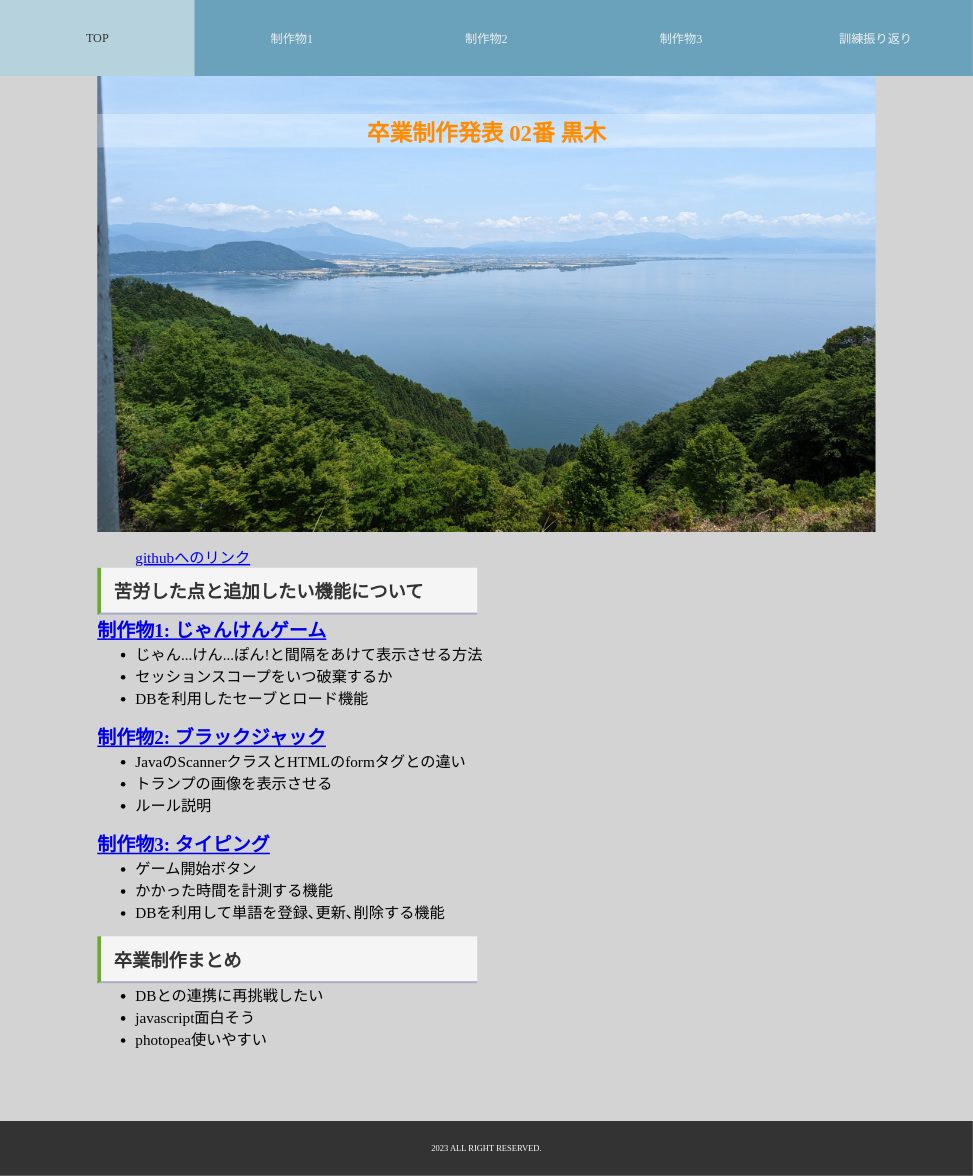
Repository: yuki-kuro/portfolio
Page: BJServletRensyu2/src/main/webapp/卒業制作/index.html
The author's editor kept a copy of each file at every save. The page is drawn from the files as they stood at one save, then again after the next save.
The browser window is 1280 px wide. The pictures show the whole page, at 76% of full size.

Above is the page before, as saved 2023-06-27 03:23:24.

### BJServletRensyu2/src/main/webapp/卒業制作/index.html
<!DOCTYPE html>
<html lang="ja">

<head>
  <meta charset="UTF-8">
  <meta name="viewport" content="width=device-width, initial-scale=1.0">
  <link rel="stylesheet" href="css/sotugyouseisaku.css">
  <link rel="stylesheet" href="css/kyoutuu.css">
  <title>卒業制作 02番 黒木</title>
  <script src="https://code.jquery.com/jquery-3.6.0.min.js"
    integrity="sha256-/xUj+3OJU5yExlq6GSYGSHk7tPXikynS7ogEvDej/m4=" crossorigin="anonymous"></script>
  <script src="js/hamb.js"></script>
</head>

<body>
  <button type="button" class="btn js-btn">
    <span class="btn-line"></span>
  </button>
  <nav>
    <ul class="menu">
      <li class="menu-list" onclick="window.location.href='index.html'">TOP</li>
      <li class="menu-list" onclick="window.location.href='http://localhost:8080/JankenServletGame/JankenServlet'">制作物1</li>
      <li class="menu-list" onclick="window.location.href='http://localhost:8080/BJServletRensyu2/BlackjackServlet'">制作物2</li>
      <li class="menu-list" onclick="window.location.href='http://localhost:8080/TypingGame/TypingGameServlet'">制作物3</li>
      <li class="menu-list" onclick="window.location.href='furikaeri.html'">訓練振り返り</li>
    </ul>
  </nav>
  <div class="wrapper">
	  <br><br>
    <h1 class="toppage"><span class="midashi">卒業制作発表 02番 黒木</span></h1>
    <br>
    <a href="https://github.com/yuki-kuro/portfolio.git" class="github">githubへのリンク</a>
        <h2>苦労した点と追加したい機能について</h2>
    <h3><a href="http://localhost:8080/JankenServletGame/JankenServlet">制作物1: じゃんけんゲーム</a></h3>

    <ul class="setumei" class="setumei">
		<li>じゃん...けん...ぽん!と間隔をあけて表示させる方法</li>
		<li>セッションスコープをいつ破棄するか</li>
		<li>DBを利用したセーブとロード機能</li>
    </ul>
    <br>
    <h3><a href="http://localhost:8080/BJServletRensyu2/BlackjackServlet">制作物2: ブラックジャック</a></h3>
    <ul class="setumei">
		<li>JavaのScannerクラスとHTMLのformタグとの違い</li>
		<li>トランプの画像を表示させる</li>
		<li>ルール説明 </li>
    </ul>
    <br>
    <h3><a href="http://localhost:8080/TypingGame/TypingGameServlet">制作物3: タイピング</a></h3>
    <ul class="setumei">
		<li>ゲーム開始ボタン</li>
		<li>かかった時間を計測する機能</li>
		<li>DBを利用して単語を登録､更新､削除する機能</li>
    </ul>
    <br>
    <h2>卒業制作まとめ</h2>
       <ul class="setumei">
		<li>DBとの連携に再挑戦したい</li>
		<li>javascript面白そう</li>
		<li>photopea使いやすい</li>
    </ul>
  </div>


  <footer>
    <p>2023 ALL RIGHT RESERVED.</p>
  </footer>
</body>

</html>

### BJServletRensyu2/src/main/webapp/卒業制作/css/sotugyouseisaku.css
/* リセットCSS */

h1.toppage{
	width: 100%;
	font-size: 30px;
	text-align: center;
	background-image: url(../images/tuzuraozaki.jpg);
	background-size:cover;
	background-repeat: no-repeat;
	background-position: center;
	color: darkorange;
	padding: 300px 0;
  }
  .midashi{
	background-color:rgba(255, 255, 255, 0.3); ;
	width: 100%;
	display: block;
	margin-top: -250px;
  }
  .github{
margin-left: 50px;
font-size: 20px;
  }
  .setumei {
margin-left: 50px;
font-size: 20px;
  }
h2{
	padding: .5em .7em;
    border-left: 5px solid #6baa2c;
    border-bottom: 3px solid #adaec4;
    background-color: whitesmoke;
    color: #333333;
    width: 500px;
}
h3{
	font-size: 25px;
}
.hitokoto{
	margin-left: 50px;
font-size: 20px;
}
.hikonyann{
	    max-width: 50%;
/*    max-height: 100%;*/

}
.hikonyann-container{
		    display: flex;
    justify-content: center;
    align-items: center;
    height: auto;
}

### BJServletRensyu2/src/main/webapp/卒業制作/css/kyoutuu.css
* {
	box-sizing: border-box;
	margin: 0;
	padding: 0;
}
::before , ::after {
	box-sizing: inherit;
}
body{
	background-color:lightgray;
	margin: 0;
  padding: 0;
  display: flex;
  flex-direction: column;
  min-height: 100vh;
}
.content {
  flex-grow: 1;
}
.wrapper{
	width: 80%;
	margin: 5% auto;

  }
  h1.gametitle {
  position: relative; /* 要素の位置を相対的に指定 */
  display: inline-block; /* 要素をインラインブロックとして表示 */
  padding: 1rem 2rem 1rem 4rem; /* 上右下左の余白を指定 */
  color: #fff; /* テキストの色を白に指定 */
  border-radius: 100vh 0 0 100vh; /* 要素の角の丸みを指定 */
  background: darkorange; /* 背景色を赤に指定 */

}

h1.gametitle:before {
  position: absolute; /* 要素の位置を絶対的に指定 */
  top: calc(50% - 7px); /* 要素の上端を親要素の中央に配置 */
  left: 10px; /* 要素の左端を親要素からの距離10ピクセルに配置 */
  width: 14px; /* 要素の幅を14ピクセルに指定 */
  height: 14px; /* 要素の高さを14ピクセルに指定 */
  content: ''; /* 疑似要素の内容を空に指定 */
  border-radius: 50%; /* 疑似要素の角の丸みを50%に指定 */
  background: lightgray; /* 疑似要素の背景色を薄いグレーに指定 */
}
.hajimekara {
	display: block;
	text-align: center;
	vertical-align: middle;
	text-decoration: none;
	width: 150px;
	margin: auto;
	padding: 0.5rem;
	font-weight: bold;
	font-size: 14px;
	border: 2px solid #27acd9;
	background: #27acd9;
	color: #fff;
	border-radius: 100vh;
	transition: 0.5s;
	cursor: pointer;
}
.hajimekara:hover {
	color: #27acd9;
	background: #fff;
}

  button {
	margin: 0;
	padding: 0;
	outline: 0;
	border: 0;
	border-radius: 0;
	background: transparent;
	color: inherit;
	vertical-align: middle;
	text-align: inherit;
	font: inherit;
	-webkit-appearance: none;
	appearance: none;
}
/**************** 以下、ハンバーガーボタンのスタイリング ****************/
.btn {
	/* ボタンの配置位置  */
	position: fixed;
	top: 32px;
	right: 16px;
	/* 最前面に */
	z-index: 10;
	/* ボタンの大きさ  */
	width: 48px;
	height: 48px;
}
/***** 真ん中のバーガー線 *****/
.btn-line {
	display: block;
	/* バーガー線の位置基準として設定 */
	position: relative;
	/* 線の長さと高さ */
	width: 100%;
	height: 4px;
	/* バーガー線の色 */
	background-color: #333;
	transition: .2s;
}
/***** 上下のバーガー線 *****/
.btn-line::before , .btn-line::after {
	content: "";
	/* 基準線と同じ大きさと色 */
	position: absolute;
	width: 100%;
	height: 100%;
	background-color: #333;
	transition: .5s;
}
.btn-line::before {
	/* 上の線の位置 */
	transform: translateY(-16px);
}
.btn-line::after {
	/* 下の線の位置 */
	transform: translateY(16px);
}
/***** メニューオープン時 *****/
.btn-line.open {
	/* 真ん中の線を透明に */
	background-color: transparent;
}
.btn-line.open::before , .btn-line.open::after {
	content: "";
	background-color: #333;
	transition: .2s;
}
.btn-line.open::before {
	/* 上の線を傾ける */
	transform: rotate(45deg);
}
.btn-line.open::after {
	/* 上の線を傾ける */
	transform: rotate(-45deg);
}
/**************** ここまで、ハンバーガーボタンのスタイリング ****************/
/**************** 以下、メニューのスタイリング ****************/
.menu {
	/* メニューを縦に */
	display: flex;
	flex-direction: column;
	position: fixed;
	/* メニューの位置マイナス指定で画面外に */
	right: -70%;
	width: 70%;
	height: 100vh;
    /* メニューの背景色はここで設定 */
	background-color: rgba(79, 151, 180, 0.8);
	color: #efefef;
	transition: .3s;
	z-index: 999;
}
.menu-list {
	/* メニューテキスト位置をリスト内中心に */
	display: flex;
	align-items: center;
	justify-content: center;
	width: 100%;
	height: 100%;
}
.menu-list:hover {
	background-color: rgba(255, 255, 255, .5);
	color: #333;
	cursor: pointer;
	transition: .3s;
}
/***** メニューオープン時位置0にして画面内に *****/
.menu.open {
	position: absolute;
	right: 0;
}
/* ここがメディアクエリ・600px以上はハンバーガーボタン非表示、ヘッダー固定 */
@media screen and (min-width: 600px) {
	body{
		background-color: lightgray;
	}
	.btn {
		display: none;
	}
	.menu {
		/* メニューを横に */
		display: flex;
		flex-direction: row;
		position: fixed;
		top: 0;
		right: 0;
		width: 100%;
		height: 100px;
	}
}


  footer{
	background-color: #333;
	width: 100%;
	margin-top: 30px;
	padding: 30px 0;
	text-align: center;
  }

  footer p{
	font-size: 0.7em;
	color: #fff;
  }

### BJServletRensyu2/src/main/webapp/卒業制作/js/hamb.js
$(function () {
    $('.js-btn').on('click', function () {        // js-btnクラスをクリックすると、
      $('.menu , .btn-line').toggleClass('open'); // メニューとバーガーの線にopenクラスをつけ外しする
    })
  });

After the next save:
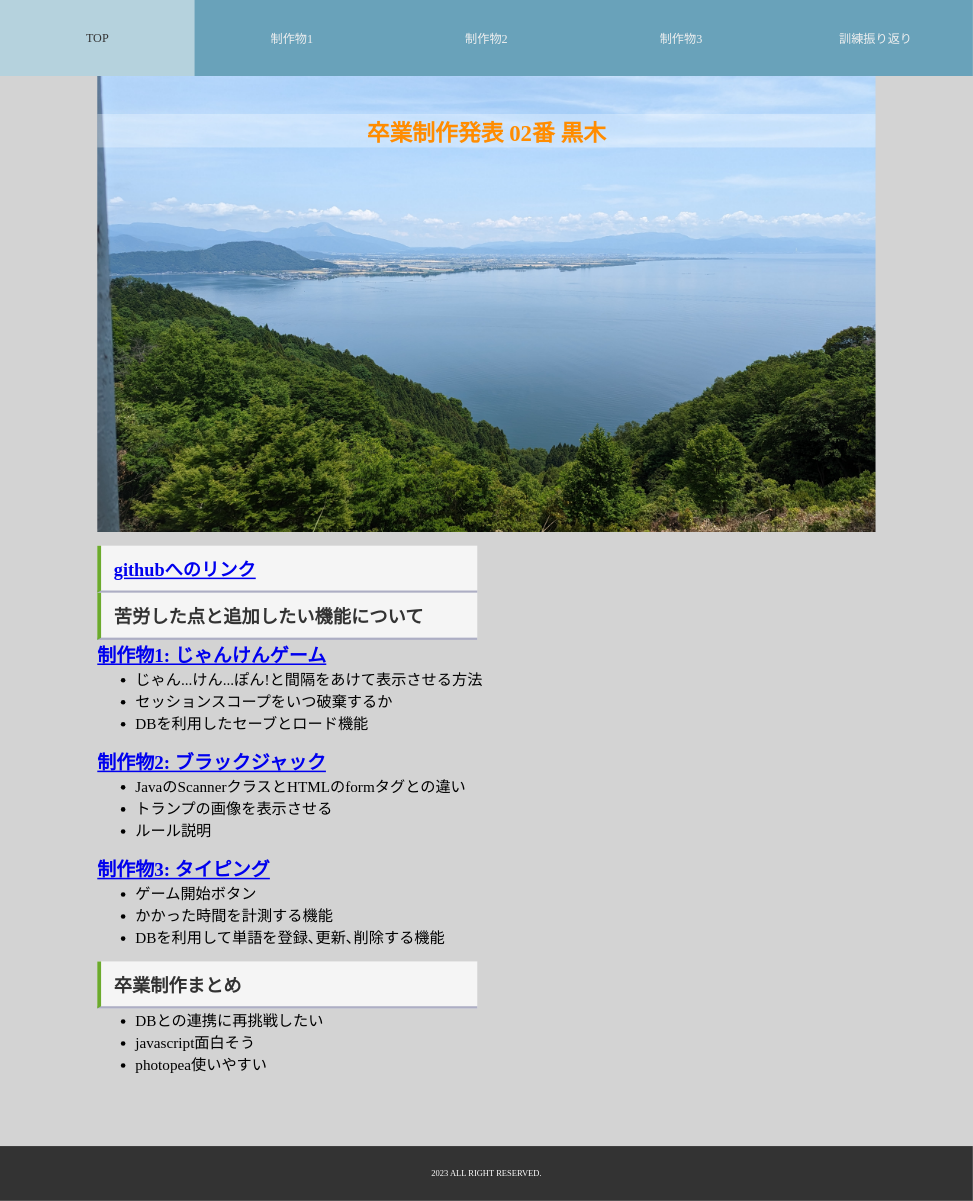
Saved 105 s later.
--- a/BJServletRensyu2/src/main/webapp/卒業制作/index.html
+++ b/BJServletRensyu2/src/main/webapp/卒業制作/index.html
@@ -29,7 +29,7 @@
 	  <br><br>
     <h1 class="toppage"><span class="midashi">卒業制作発表 02番 黒木</span></h1>
     <br>
-    <a href="https://github.com/yuki-kuro/portfolio.git" class="github">githubへのリンク</a>
+    <h2><a href="https://github.com/yuki-kuro/portfolio.git">githubへのリンク</a></h2>
         <h2>苦労した点と追加したい機能について</h2>
     <h3><a href="http://localhost:8080/JankenServletGame/JankenServlet">制作物1: じゃんけんゲーム</a></h3>
 
